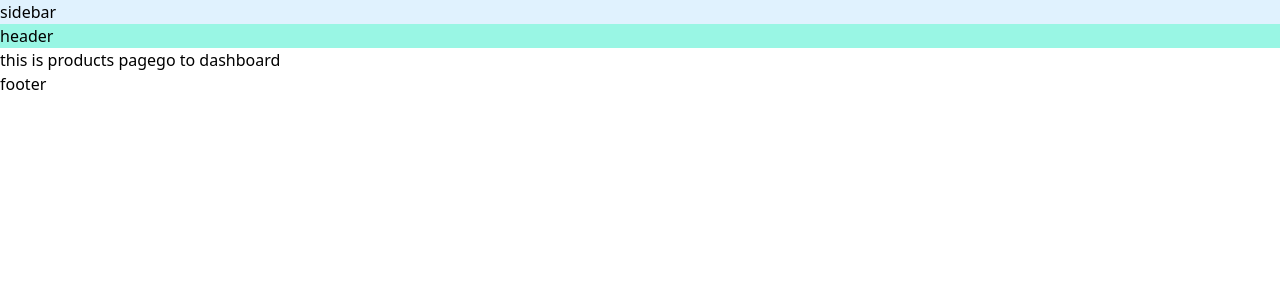
Repository: Mayar2222/Dashboard
Page: /products
These files come from the project's save history. The page is drawn as it stood at one moment and after the next save; the edit follows.
The browser window is 1280 px wide. The pictures show the whole page.
The project was rebuilt for these pictures with package versions that can differ from the ones it lists, and the page was loaded fresh each time. Also part of the build but not shown: src/components/Dashboard.jsx.

Above is the page before, as saved 2024-07-17 20:36:28.

After the next save:
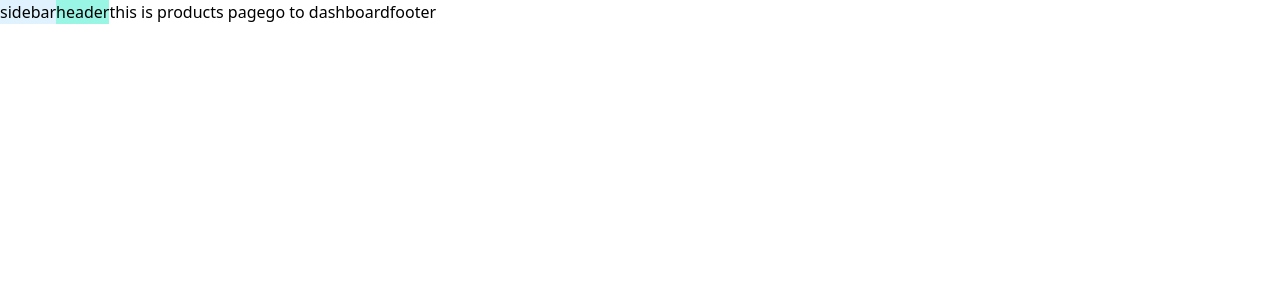
Saved 4 s later.
--- a/src/components/shared/Layout.jsx
+++ b/src/components/shared/Layout.jsx
@@ -2,7 +2,7 @@ import React from 'react'
 import { Outlet } from 'react-router-dom'
 export default function Layout() {
   return (
-    <div className=''>
+    <div className='flex'>
       <div  className='bg-sky-100'>sidebar</div>
       <div className='bg-teal-200'>header</div>
       <div>{<Outlet/>}</div>
